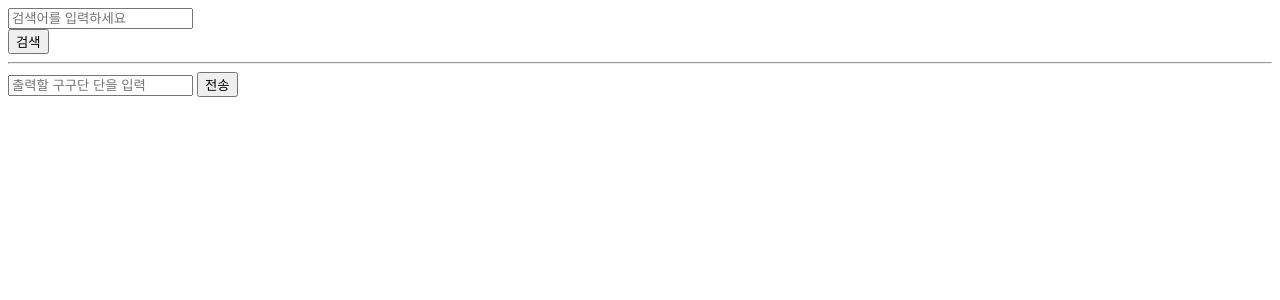
Repository: ceooyh/JSP
Page: http://localhost/step1/input.jsp
An editor plug-in stored every save of this project. The page is shown before and after the next save, followed by the edit.
The browser window is 1280 px wide. The pictures show the whole page.
The page is served by Tomcat 9.

Above is the page before, as saved 2020-12-28 08:08:51.

After the next save:
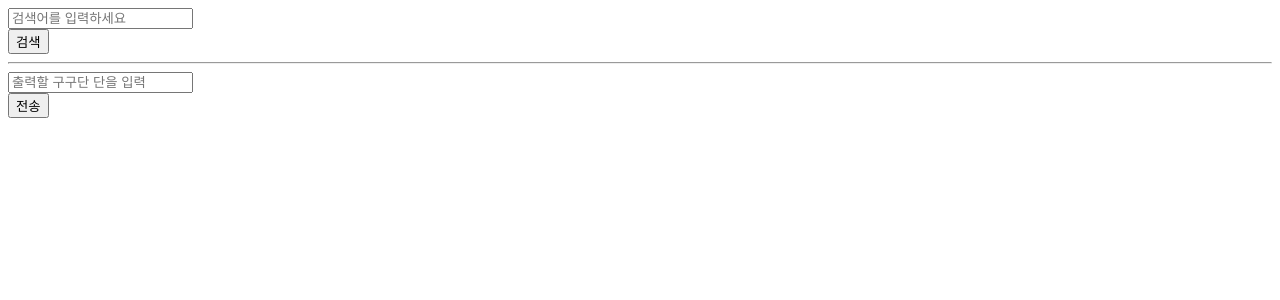
Saved 22 s later.
--- a/step1/WebContent/input.jsp
+++ b/step1/WebContent/input.jsp
@@ -16,7 +16,7 @@
 	<hr>
 
 	<form action="gugu.jsp" method="get">
-		<input type="text" name="dan" placeholder="출력할 구구단 단을 입력">
+		<input type="text" name="dan" placeholder="출력할 구구단 단을 입력"><br>
 		<button>전송</button>
 	</form>
 
